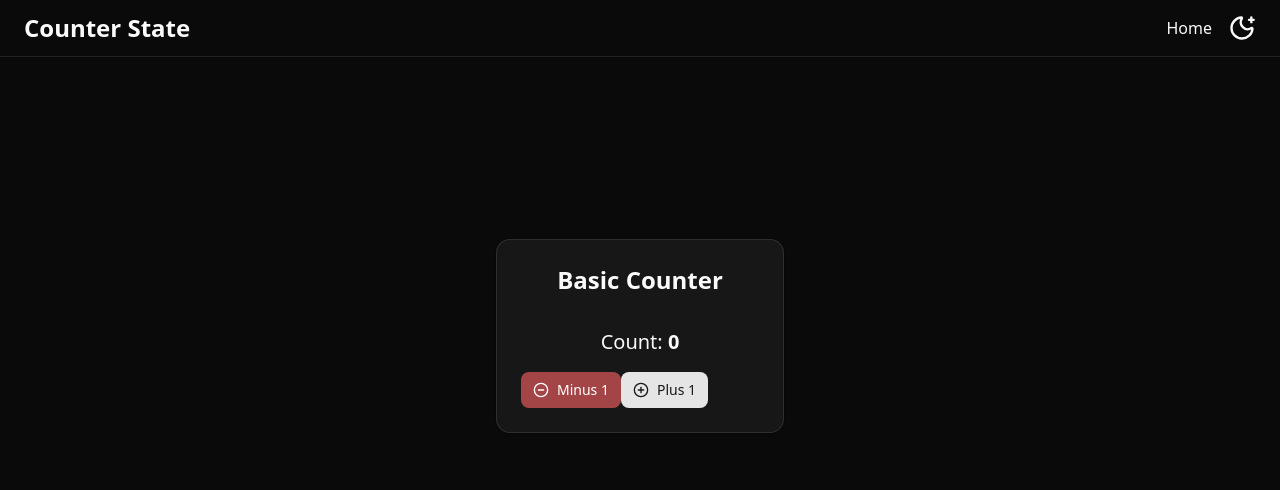
Repository: dev-piyushsarkar/counter-state-project
Page: /
These files come from the project's save history. The page is drawn as it stood at one moment and after the next save; the edit follows.
The browser window is 1280 px wide. The pictures show the whole page.
The project was rebuilt for these pictures with package versions that can differ from the ones it lists, and the page was loaded fresh each time. The framework's server and built-in components were replaced by stand-ins that run in the browser. Also part of the build but not shown: next.config.ts.

Above is the page before, as saved 2025-11-15 13:51:59.

After the next save:
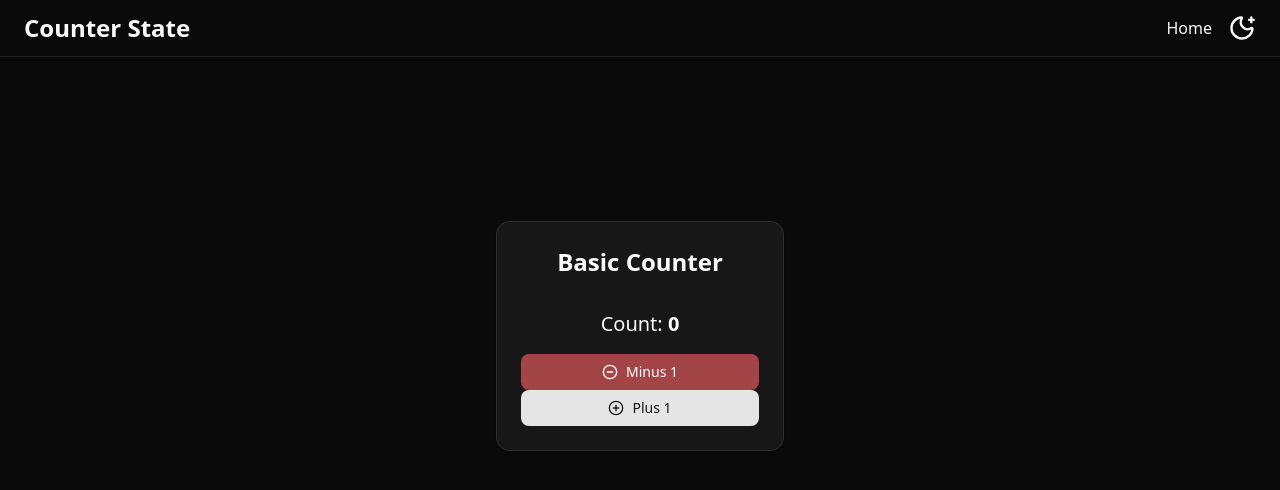
Saved 3 min 1 s later.
--- a/src/app/page.tsx
+++ b/src/app/page.tsx
@@ -26,7 +26,7 @@ const page = () => {
 					<div className="text-center text-xl">
 						Count: <span className="font-bold">0</span>
 					</div>
-					<div className="">
+					<div className="grid items-center">
 						<Button variant={"destructive"}>
 							<MinusCircle /> Minus 1
 						</Button>
